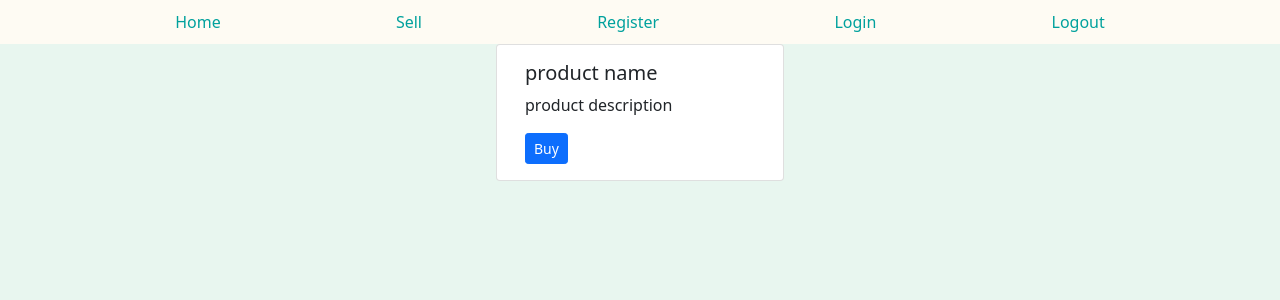
Repository: RiteshK555/itw-project
Page: http://localhost/
The author's editor kept a copy of each file at every save. The page is drawn from the files as they stood at one save, then again after a run of saves.
The browser window is 1280 px wide. The pictures show the whole page.
The page is served by the project's application, run on Django 3.2 (student_olx/manage.py). Other server files are loaded and not shown.

Above is the page before, as saved 2021-09-19 14:26:31.

### student_olx/main/templates/main/home.html
{%extends 'main/base.html'%}
{% load static %}
{%block title%}
Home
{%endblock%}
{% block styles %}
<link rel="stylesheet" type="text/css" href="{% static 'main/home.css'%}">
{% endblock %}
{%block content %}
<div id="itemz">
<div class="row">
<div class="card" style="width: 18rem;">
  <div class="card-body">
    <h5 class="card-title">product name</h5>
    <p class="card-text">product description</p>
    <a href="#" class="btn btn-sm btn-primary">Buy</a>
  </div>
</div>
</div>
{% comment %} {%for product in  products%}

<div class="card" style="width: 18rem;">
  <div class="card-body">
    <h5 class="card-title">{{product.product_name}}</h5>
    <p class="card-text">{{product.description}}</p>
    <a href="#" class="btn btn-sm btn-primary">Buy</a>
  </div>
</div>
{%endfor%} {% endcomment %}
{%endblock %}

### student_olx/main/templates/main/base.html
{% load static%}
<!DOCTYPE html>
<!--[if lt IE 7]>      <html class="no-js lt-ie9 lt-ie8 lt-ie7"> <![endif]-->
<!--[if IE 7]>         <html class="no-js lt-ie9 lt-ie8"> <![endif]-->
<!--[if IE 8]>         <html class="no-js lt-ie9"> <![endif]-->
<!--[if gt IE 8]>      <html class="no-js"> <!--<![endif]-->
<html lang="en">
    <head>
        <meta charset="utf-8">
        <meta http-equiv="X-UA-Compatible" content="IE=edge">
        <title>{%block title%}This is Base Title{%endblock%}</title>
        <meta name="description" content="">
        <link href="https://cdn.jsdelivr.net/npm/bootstrap@5.1.1/dist/css/bootstrap.min.css" rel="stylesheet" integrity="sha384-F3w7mX95PdgyTmZZMECAngseQB83DfGTowi0iMjiWaeVhAn4FJkqJByhZMI3AhiU" crossorigin="anonymous">
        <meta name="viewport" content="width=device-width, initial-scale=1">
        <link rel="stylesheet" type="text/css" href="{% static 'main/style.css'%}">
        {% block styles %}
        {% endblock %}
    </head>
    <div class="header">
        <a href="/">Home</a>
        <a href="/sell">Sell</a>
       <a href="/register">Register</a>
        <a href="/login">Login</a>
        <a href="/logout">Logout</a>
    </div>
    <body>
    <div id="content">
    {%block content %}
    {% endblock %}
    </div>
        <!--[if lt IE 7]>
            <p class="browsehappy">You are using an <strong>outdated</strong> browser. Please <a href="#">upgrade your browser</a> to improve your experience.</p>
        <![endif]-->
        <script src="https://cdn.jsdelivr.net/npm/bootstrap@5.1.1/dist/js/bootstrap.bundle.min.js" integrity="sha384-/bQdsTh/da6pkI1MST/rWKFNjaCP5gBSY4sEBT38Q/9RBh9AH40zEOg7Hlq2THRZ" crossorigin="anonymous"></script>
        <script src="" async defer></script>
    </body>
</html>

### student_olx/main/views.py
from django.http.response import HttpResponseRedirect
from django.shortcuts import render,redirect
from .models import product

# Create your views here.
from django.http import HttpResponse
from .forms import CreateNewProduct
def index(response,id):
    lis=product.objects.get(id=id)
    return render(response,"main/base.html",{"name":lis})
def home(response):
    all_products=product.objects.all()
    return render(response,"main/home.html",{"products":all_products})
def sell(response):
    if response.method == "POST":
        form=CreateNewProduct(response.POST)
        if form.is_valid():
            p_n=form.cleaned_data["product_name"]
            d=form.cleaned_data["description"]
            m=product(product_name=p_n,description=d)
            m.save()
        return render(response,"main/home.html")
    else:
        form=CreateNewProduct()
    return render(response,"main/sell.html",{"form":form})
def buy(response):
    return render(response,"main/buy.html",{})

### student_olx/student_olx/urls.py
"""student_olx URL Configuration

The `urlpatterns` list routes URLs to views. For more information please see:
    https://docs.djangoproject.com/en/3.1/topics/http/urls/
Examples:
Function views
    1. Add an import:  from my_app import views
    2. Add a URL to urlpatterns:  path('', views.home, name='home')
Class-based views
    1. Add an import:  from other_app.views import Home
    2. Add a URL to urlpatterns:  path('', Home.as_view(), name='home')
Including another URLconf
    1. Import the include() function: from django.urls import include, path
    2. Add a URL to urlpatterns:  path('blog/', include('blog.urls'))
"""
from django.contrib import admin
from django.urls import path,include
# from main import views as v
from  registration import views
urlpatterns = [
    path('admin/', admin.site.urls),
    path("register/",views.register,name="register"),
    path("",include("main.urls")),
    path("",include("django.contrib.auth.urls")),
]

### student_olx/main/urls.py
from django.urls import path
from . import views
urlpatterns =[
    path("<int:id>",views.index,name="index"),
    path("",views.home,name="home"),
    path("sell/",views.sell,name="sell"),
    path("buy/",views.buy,name="buy"),
]

### student_olx/main/static/main/style.css
.header{
    display: flex;
    justify-content: space-evenly;
    padding-top: 10px;
    padding-bottom: 10px;
    background-color:#FEFBF3;
}
a{
    color:#00A19D;
    text-decoration: none;
}
body{
    margin:0px;
    background-color:#E8F6EF;
}

### student_olx/main/static/main/home.css

#itemz{
    display:flex;
    justify-content:space-evenly;
}

After the next 7 saves:
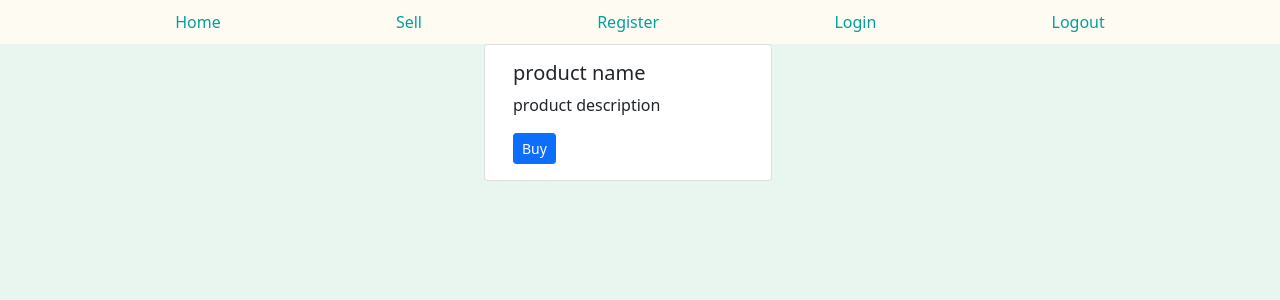
The 7 saves are shown as one change because they came seconds apart.
The last was saved 21 s later.
--- a/student_olx/main/templates/main/home.html
+++ b/student_olx/main/templates/main/home.html
@@ -9,6 +9,9 @@
 {%block content %}
 <div id="itemz">
 <div class="row">
+<div class="col-">
+
+</div>
 <div class="card" style="width: 18rem;">
   <div class="card-body">
     <h5 class="card-title">product name</h5>
